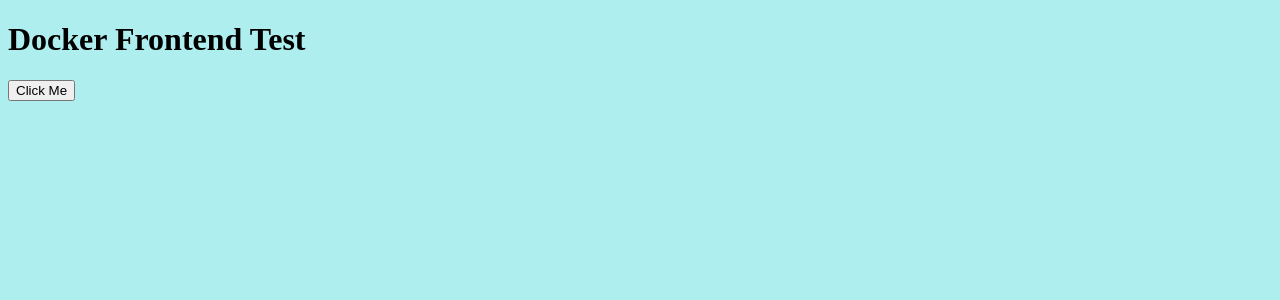
Repository: pimbp/doc_assign
Page: Frontend/index.html
The author's editor kept a copy of each file at every save. The page is drawn from the files as they stood at one save, then again after the next save.
The browser window is 1280 px wide. The pictures show the whole page.

Above is the page before, as saved 2026-02-25 16:31:18.

After the next save:
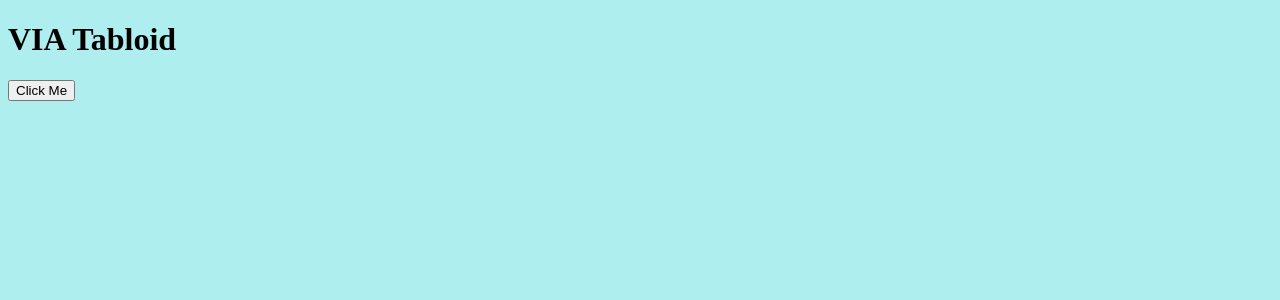
Saved 76 s later.
--- a/Frontend/index.html
+++ b/Frontend/index.html
@@ -4,7 +4,7 @@
     <link rel="stylesheet" href="style/fancy.css">
 </head>
 <body>
-    <h1>Docker Frontend Test</h1>
+    <h1>VIA Tabloid</h1>
     <button onclick="myFunction()">Click Me</button>
     <script src="functions/funct.js"></script>
 </body>
